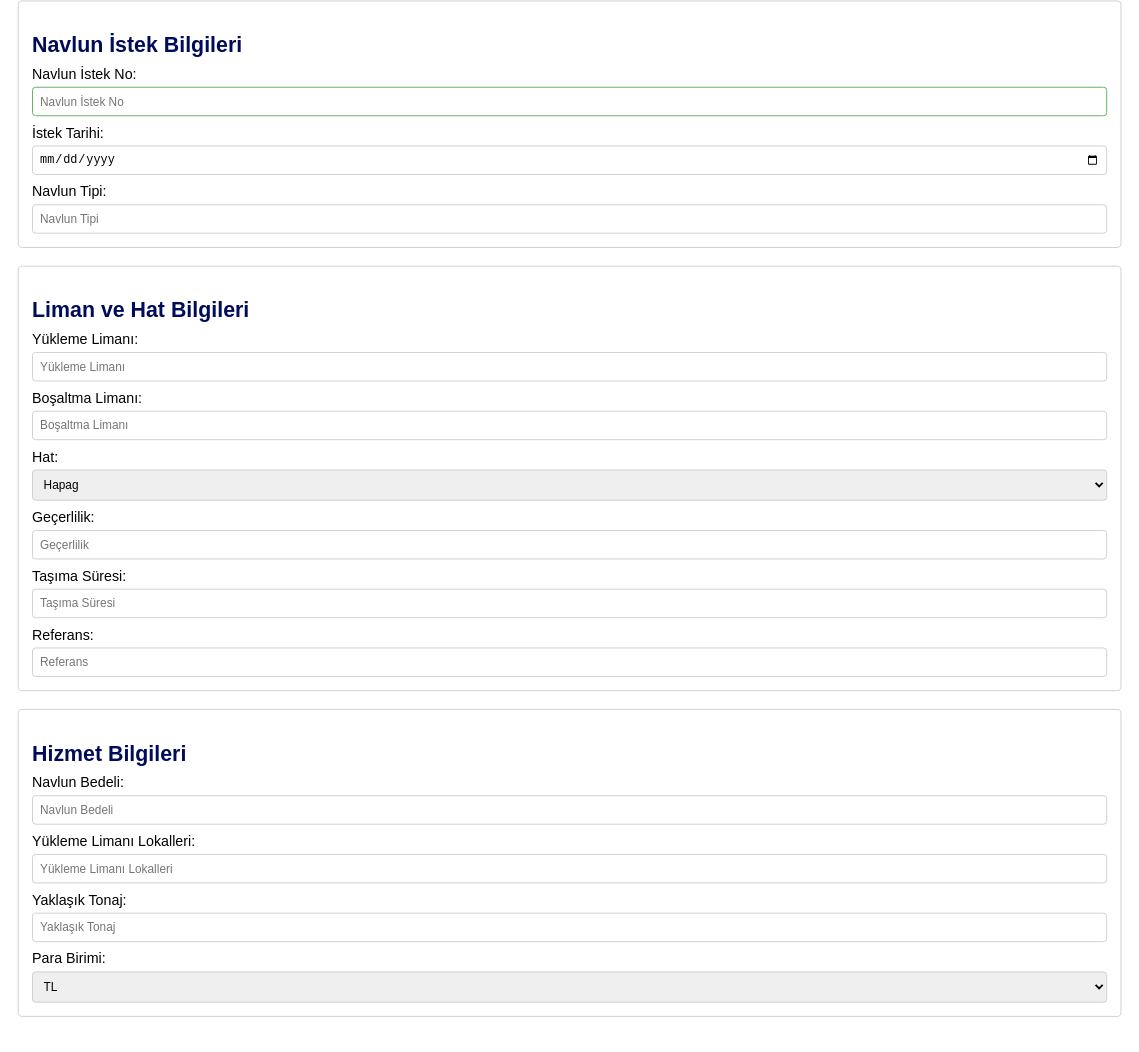
Repository: EfeAykut/navlun
Page: navlun.html
The author's editor kept a copy of each file at every save. The page is drawn from the files as they stood at one save, then again after the next save.
The browser window is 1280 px wide. The pictures show the part of the page from y = 132 to 1314 px (the page is 1314 px tall), at 89% of full size.
The first visible `input` has the focus.
A picture or video elsewhere on the page could not be fetched, so the positions and the page height are approximate.

Above is the page before, as saved 2024-11-19 11:12:34.

After the next save:
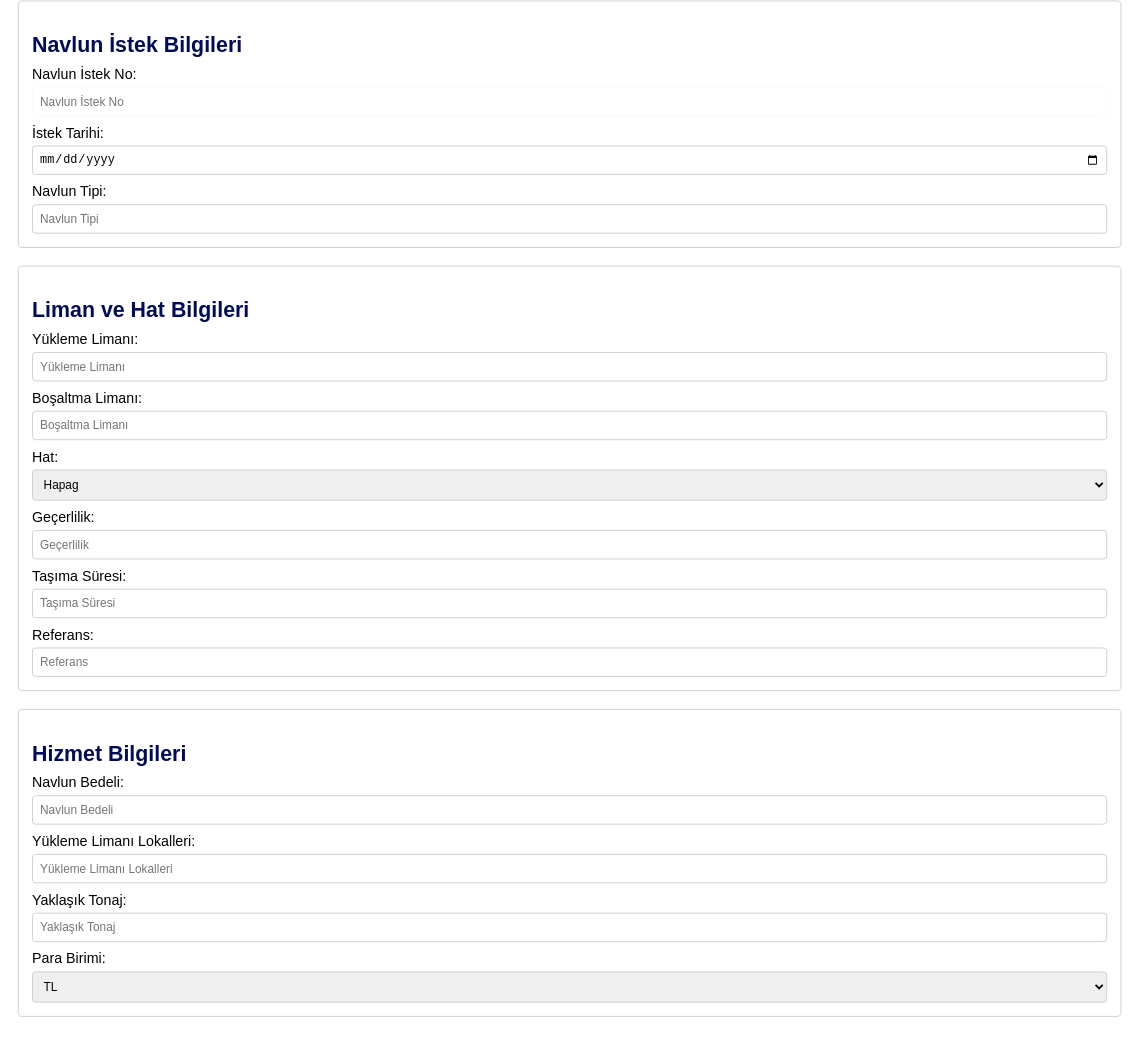
Saved 8 s later.
--- a/navlun.html
+++ b/navlun.html
@@ -74,7 +74,7 @@
 
         input:focus,
         select:focus {
-            border-color: #4CAF50;
+            border-color: #fafafa;
             outline: none;
         }
 
